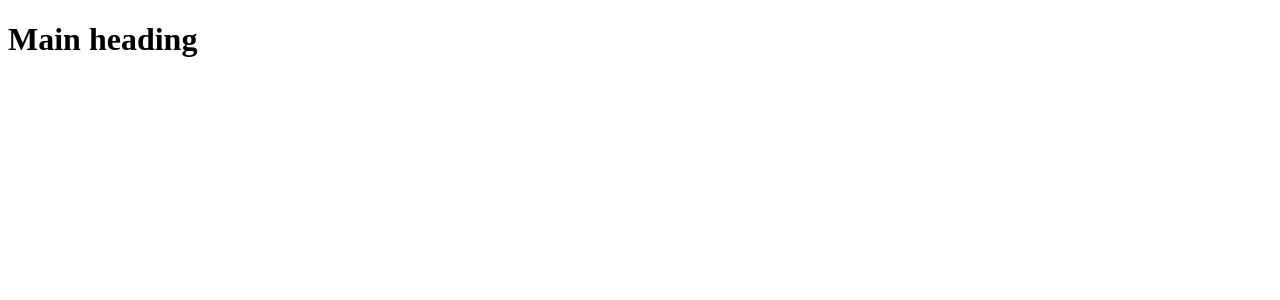
Repository: lasity34/first_layout
Page: index.html
An editor plug-in stored every save of this project. The page is shown before and after the next save, followed by the edit.
The browser window is 1280 px wide. The pictures show the whole page.

Above is the page before, as saved 2023-03-06 10:05:33.

After the next save:
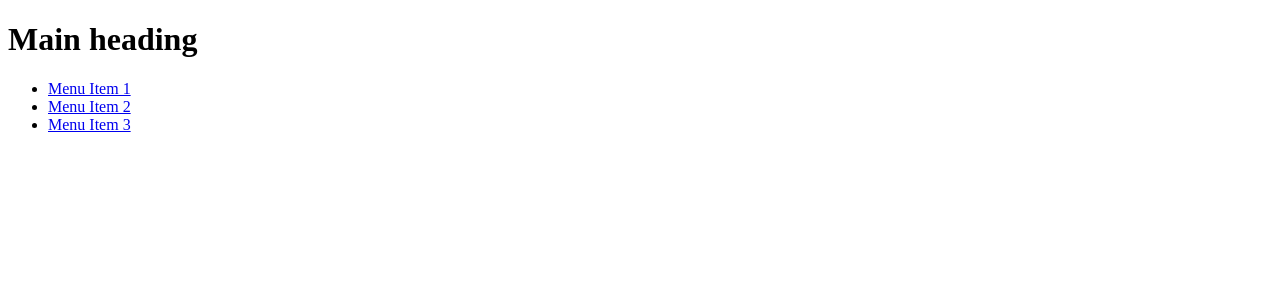
Saved 2 min 31 s later.
--- a/index.html
+++ b/index.html
@@ -12,7 +12,9 @@
         <div class="header">
             <h1>Main heading</h1>
             <ul class="menu">
-
+                <li><a href="#">Menu Item 1</a></li>
+                <li><a href="#">Menu Item 2</a></li>
+                <li><a href="#">Menu Item 3</a></li>
             </ul>
         </div>
         <div class="main">
